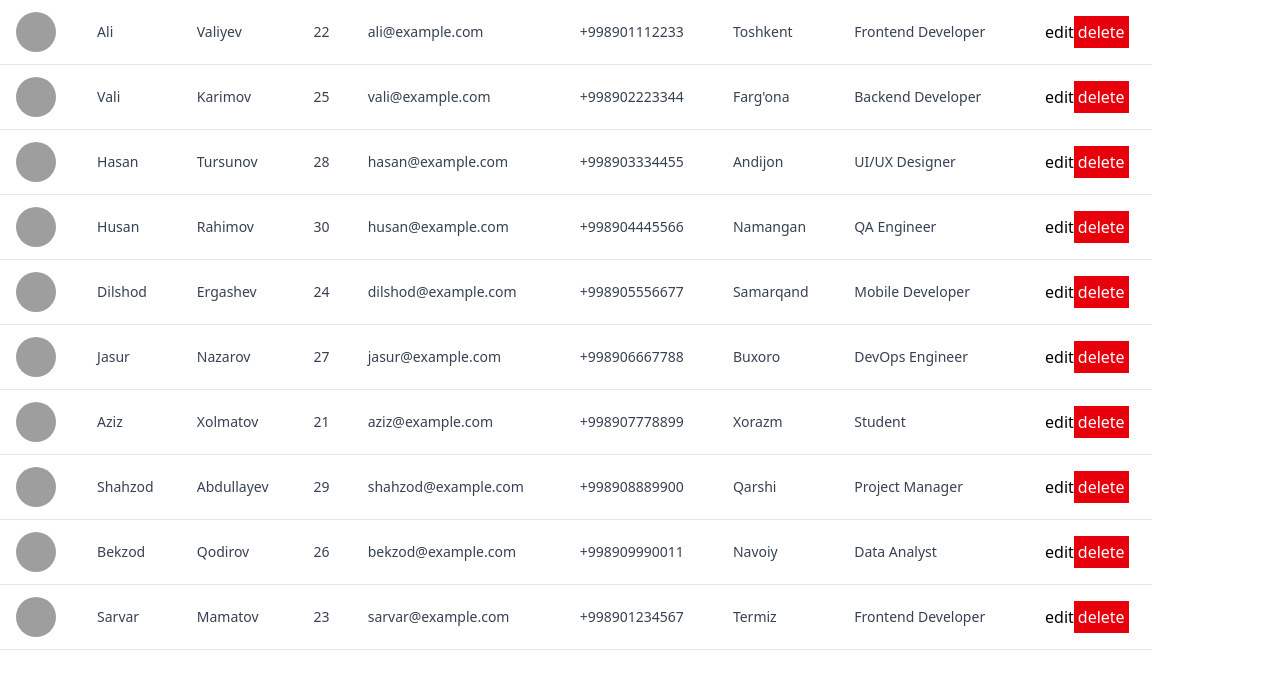
Repository: jamboy008/useformik
Page: /
These files come from the project's save history. The page is drawn as it stood at one moment and after a run of saves; the edit follows.
The browser window is 1280 px wide. The pictures show the whole page.
Pictures or frames that could not be fetched are drawn as grey boxes. The project was rebuilt for these pictures with package versions that can differ from the ones it lists, and the page was loaded fresh each time. Also part of the build but not shown: vite.config.js.

Above is the page before, as saved 2026-08-11 14:58:49.

### index.html
<!doctype html>
<html lang="en">
  <head>
    <meta charset="UTF-8" />
    <link rel="icon" type="image/svg+xml" href="/favicon.svg" />
    <meta name="viewport" content="width=device-width, initial-scale=1.0" />
    <title>7-11dars</title>
  </head>
  <body>
    <div id="root"></div>
    <script type="module" src="/src/main.jsx"></script>
  </body>
</html>

### src/App.jsx
import React from 'react'
import Table from './components/Table'

function App() {
  return (
    <>
      <Table />
    </>
  )
}

export default App

### src/components/Table.jsx
import React, { useState } from "react";
import { users } from "../data/users";
import Button from "./Button";
import TableRow from "./TableRow";

function Table() {
  let [data, setData] = useState(users);
  function handleDelete(id) {
    setData(data.filter((user) => user.id !== id));
  }
  return (
    <table className="w-[90vw]">
      <thead className="bg-gray-100">

      </thead>
      <tbody>
        {data.map((user)=>(
        <TableRow user={user} key={user.id} handleDelete={handleDelete}/>
        ))}
      </tbody>
    </table>
  );
}

export default Table;

### src/data/users.js
export const users = [
  {
    id: 1,
    firstName: "Ali",
    lastName: "Valiyev",
    age: 22,
    email: "ali@example.com",
    phone: "+998901112233",
    city: "Toshkent",
    profession: "Frontend Developer",
    isMarried: false,
    salary: 1200,
    avatar: "https://i.pravatar.cc/150?img=1",
  },
  {
    id: 2,
    firstName: "Vali",
    lastName: "Karimov",
    age: 25,
    email: "vali@example.com",
    phone: "+998902223344",
    city: "Farg'ona",
    profession: "Backend Developer",
    isMarried: true,
    salary: 1500,
    avatar: "https://i.pravatar.cc/150?img=2",
  },
  {
    id: 3,
    firstName: "Hasan",
    lastName: "Tursunov",
    age: 28,
    email: "hasan@example.com",
    phone: "+998903334455",
    city: "Andijon",
    profession: "UI/UX Designer",
    isMarried: false,
    salary: 1100,
    avatar: "https://i.pravatar.cc/150?img=3",
  },
  {
    id: 4,
    firstName: "Husan",
    lastName: "Rahimov",
    age: 30,
    email: "husan@example.com",
    phone: "+998904445566",
    city: "Namangan",
    profession: "QA Engineer",
    isMarried: true,
    salary: 1300,
    avatar: "https://i.pravatar.cc/150?img=4",
  },
  {
    id: 5,
    firstName: "Dilshod",
    lastName: "Ergashev",
    age: 24,
    email: "dilshod@example.com",
    phone: "+998905556677",
    city: "Samarqand",
    profession: "Mobile Developer",
    isMarried: false,
    salary: 1400,
    avatar: "https://i.pravatar.cc/150?img=5",
  },
  {
    id: 6,
    firstName: "Jasur",
    lastName: "Nazarov",
    age: 27,
    email: "jasur@example.com",
    phone: "+998906667788",
    city: "Buxoro",
    profession: "DevOps Engineer",
    isMarried: true,
    salary: 1800,
    avatar: "https://i.pravatar.cc/150?img=6",
  },
  {
    id: 7,
    firstName: "Aziz",
    lastName: "Xolmatov",
    age: 21,
    email: "aziz@example.com",
    phone: "+998907778899",
    city: "Xorazm",
    profession: "Student",
    isMarried: false,
    salary: 500,
    avatar: "https://i.pravatar.cc/150?img=7",
  },
  {
    id: 8,
    firstName: "Shahzod",
    lastName: "Abdullayev",
    age: 29,
    email: "shahzod@example.com",
    phone: "+998908889900",
    city: "Qarshi",
    profession: "Project Manager",
    isMarried: true,
    salary: 2000,
    avatar: "https://i.pravatar.cc/150?img=8",
  },
  {
    id: 9,
    firstName: "Bekzod",
    lastName: "Qodirov",
    age: 26,
    email: "bekzod@example.com",
    phone: "+998909990011",
    city: "Navoiy",
    profession: "Data Analyst",
    isMarried: false,
    salary: 1600,
    avatar: "https://i.pravatar.cc/150?img=9",
  },
  {
    id: 10,
    firstName: "Sarvar",
    lastName: "Mamatov",
    age: 23,
    email: "sarvar@example.com",
    phone: "+998901234567",
    city: "Termiz",
    profession: "Frontend Developer",
    isMarried: false,
    salary: 1000,
    avatar: "https://i.pravatar.cc/150?img=10",
  },
];

### src/components/Button.jsx
import React from "react";
const variants = {
  delete: "bg-red-600 text-white p-1",
};

function Button({ text, variant }) {
  return <button className={`${variants[variant]}`}>{text}</button>;
}

export default Button;

### src/components/TableRow.jsx
import React from "react";
import Button from "./Button";

function TableRow({ user, handleDelete }) {
  return (
    <tr key={user.id} className="border-b border-gray-200">
      <td className="px-4 py-3 text-sm text-gray-700">
        <img
          src={user.avatar}
          alt={user.firstName}
          className="w-10 h-10 rounded-full"
        />
      </td>
      <td className="px-4 py-3 text-sm text-gray-700">{user.firstName}</td>
      <td className="px-4 py-3 text-sm text-gray-700">{user.lastName}</td>
      <td className="px-4 py-3 text-sm text-gray-700">{user.age}</td>
      <td className="px-4 py-3 text-sm text-gray-700">{user.email}</td>
      <td className="px-4 py-3 text-sm text-gray-700">{user.phone}</td>
      <td className="px-4 py-3 text-sm text-gray-700">{user.city}</td>
      <td className="px-4 py-3 text-sm text-gray-700">{user.profession}</td>
      <td className="px-4 py-3 text-center">
        <Button variant={"secondary"} text="edit" />
        <Button
          variant={"delete"}
          text="delete"
          onClick={() => handleDelete(user.id)}
        />
      </td>
    </tr>
  );
}

export default TableRow;

Loaded but not shown: src/main.jsx (common file); src/index.css (common file)

After the next 2 saves:
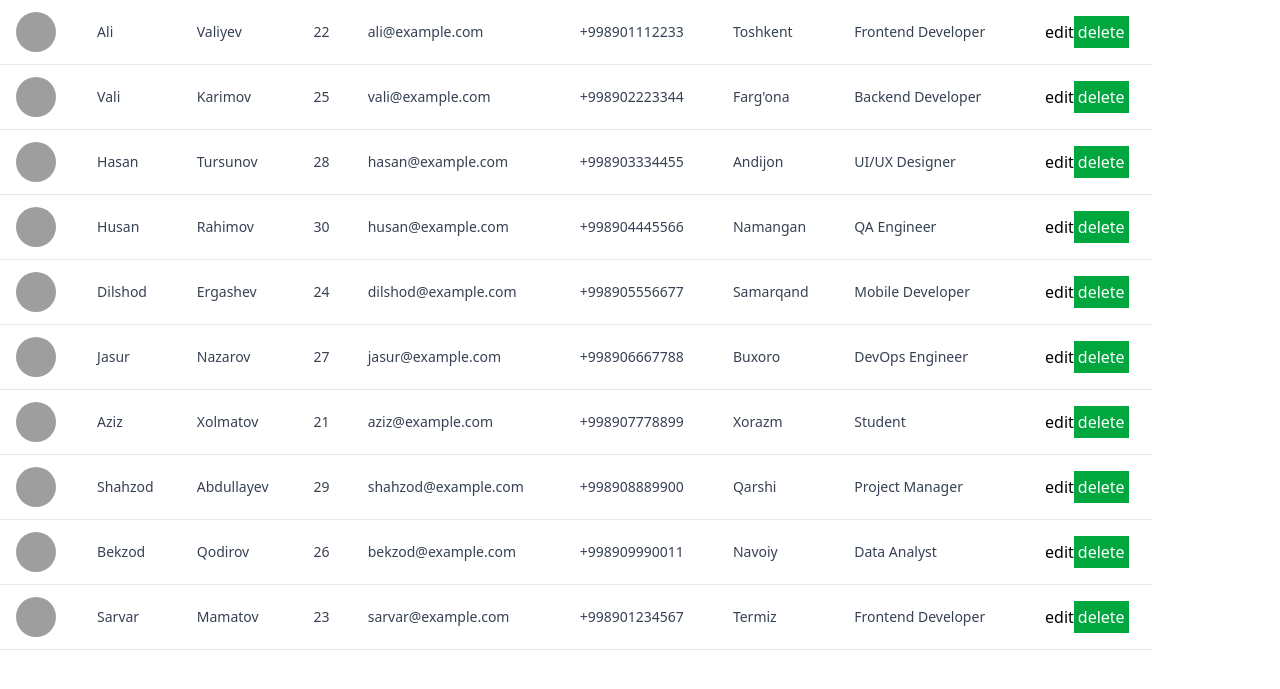
The 2 saves are shown as one change because they came seconds apart.
The last was saved 14 s later.
--- a/src/components/Button.jsx
+++ b/src/components/Button.jsx
@@ -1,6 +1,7 @@
 import React from "react";
 const variants = {
   delete: "bg-red-600 text-white p-1",
+  delete: "bg-green-600 text-white p-1",
 };
 
 function Button({ text, variant }) {

After the 2 saves that followed:
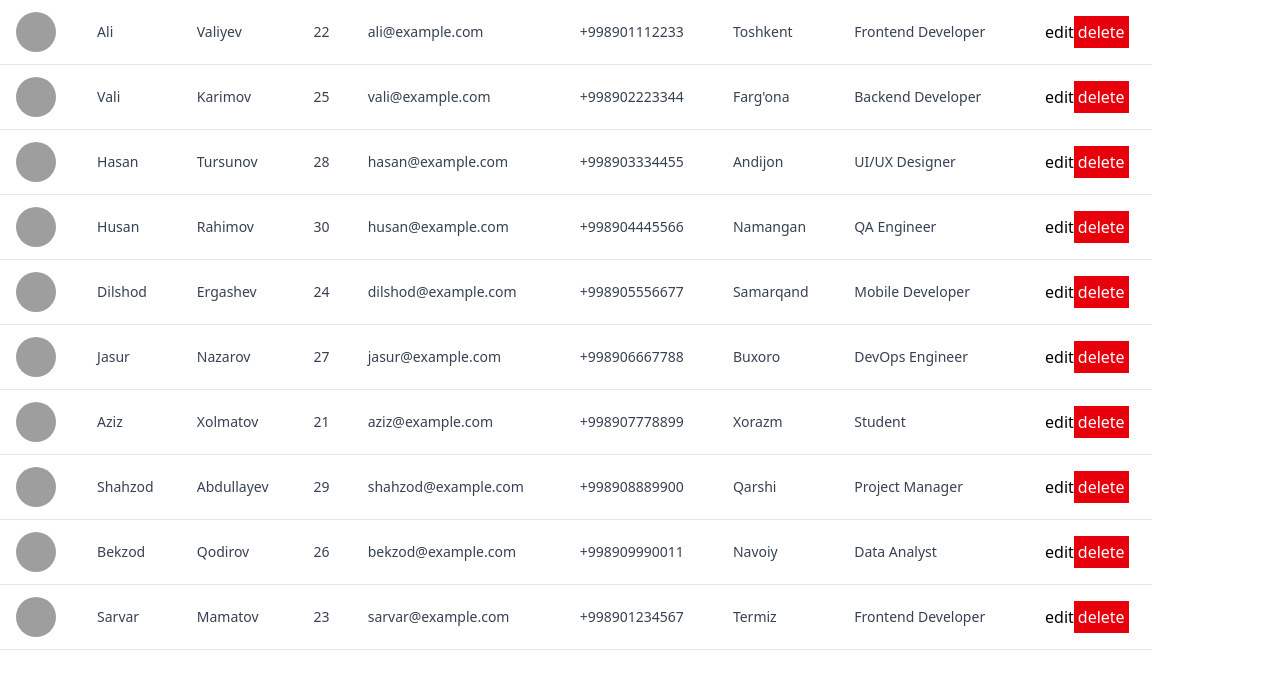
The 2 saves are shown as one change because they came seconds apart.
The last was saved 6 s later.
--- a/src/components/Button.jsx
+++ b/src/components/Button.jsx
@@ -1,7 +1,7 @@
 import React from "react";
 const variants = {
   delete: "bg-red-600 text-white p-1",
-  delete: "bg-green-600 text-white p-1",
+  edit: "bg-green-600 text-white p-1",
 };
 
 function Button({ text, variant }) {
